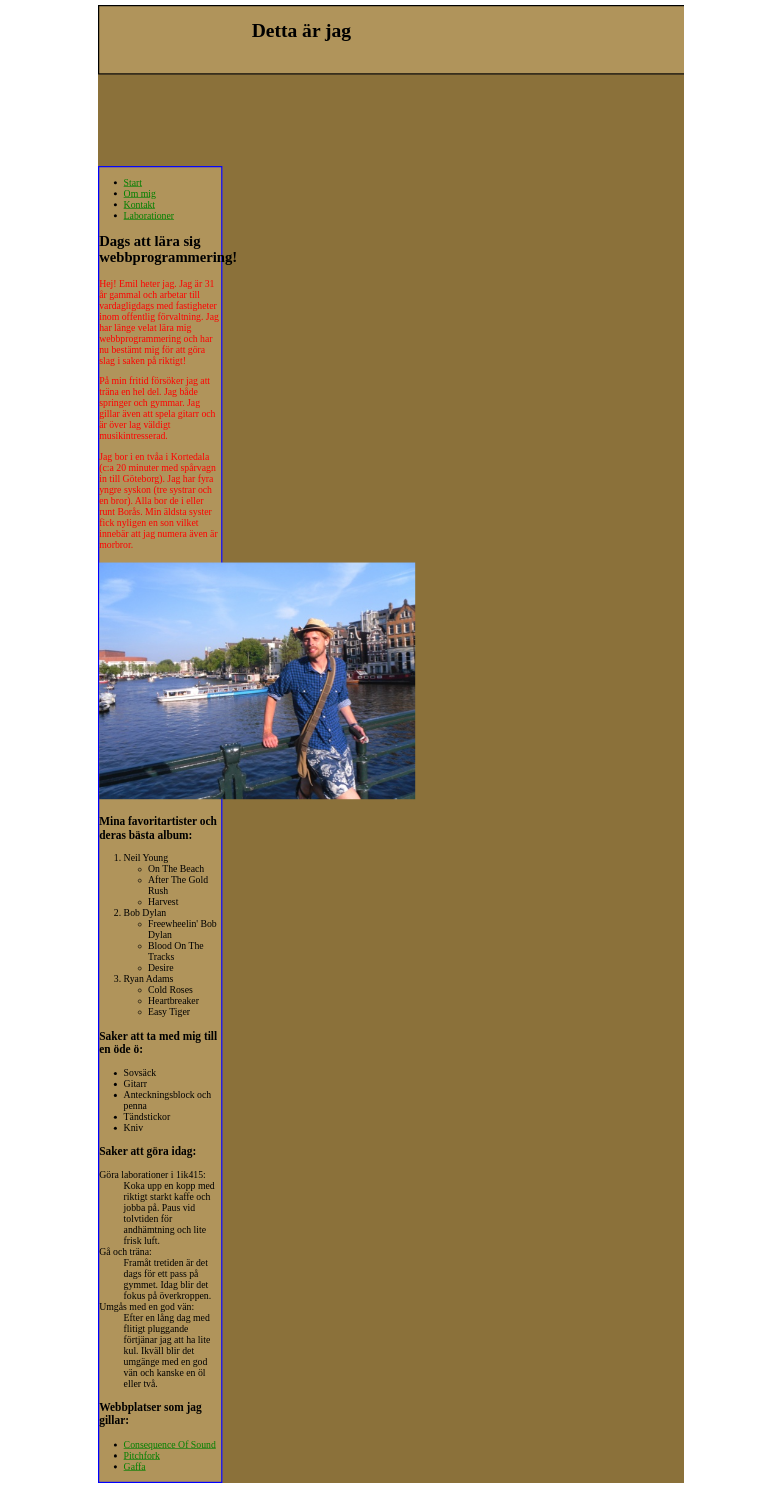
Repository: ea222vk/1ik415-laborationer
Page: Pages/presentation.html
The author's editor kept a record of every edit. The page is drawn from the files as they stood at one moment, then again after the next edit.
The browser window is 1280 px wide. The pictures show the whole page, at 61% of full size.

Above is the page before.

### Pages/presentation.html
<!DOCTYPE html>
<html lang="sv">
    <head>
    <meta charset="utf-8" />
        <title>En presentation av mig</title>
        <link rel="stylesheet" href="../css/style.css" />

</head>
    <body>
             <div id="container">

             <div id="header">
              <h1>Detta är jag</h1>
             </div>

             <div id="navigation">

             <ul>
                  <li><a href="../index.html">Start</a></li>
                  <li><a href="presentation.html">Om mig</a></li>
                  <li><a href="kontakt.html">Kontakt</a></li>
                  <li><a href="laborationer.html">Laborationer</a></li>
            </ul>



    <h2>Dags att lära sig webbprogrammering!</h2>

    <p>Hej! Emil heter jag. Jag är 31 år gammal
    och arbetar till vardagligdags med fastigheter inom offentlig förvaltning. Jag
        har länge velat lära mig webbprogrammering
        och har nu bestämt mig för att göra slag i saken på riktigt!
    </p>
    <p>På min fritid försöker jag att träna en hel del. Jag både
    springer och gymmar. Jag gillar även att spela gitarr och är
    över lag väldigt musikintresserad.
    </p>
    <p>Jag bor i en tvåa i Kortedala (c:a 20 minuter med spårvagn in till Göteborg). Jag har fyra yngre syskon (tre systrar
    och en bror). Alla bor de i eller runt Borås. Min äldsta syster fick nyligen en son vilket innebär att jag numera även är
    morbror.
    </p>

    <h2 id="picofme"><img src="../Pics/jag1.jpg" alt="På semester i Amsterdam"></h2>


    <!-- nu kommenterar jag lite -->

    <h3>Mina favoritartister och deras bästa album:</h3>
    <ol><li>Neil Young<ul>
    <li>On The Beach</li>
    <li>After The Gold Rush</li>
    <li>Harvest</li>
    </ul></li>
    <li>Bob Dylan<ul>
    <li>Freewheelin' Bob Dylan</li>
    <li>Blood On The Tracks</li>
    <li>Desire</li>
    </ul></li>
    <li>Ryan Adams<ul>
    <li>Cold Roses</li>
    <li>Heartbreaker</li>
    <li>Easy Tiger</li>
    </ul></li></ol>

    <h3>Saker att ta med mig till en öde ö:</h3>
    <ul><li>Sovsäck</li>
    <li>Gitarr</li>
    <li>Anteckningsblock och penna</li>
    <li>Tändstickor</li>
    <li>Kniv</li>
    </ul>

    <h3>Saker att göra idag:</h3>
    <dl><dt>Göra laborationer i 1ik415:</dt>
    <dd>Koka upp en kopp med riktigt starkt kaffe och jobba på. Paus
        vid tolvtiden för andhämtning och lite frisk luft.
    </dd>
    <dt>Gå och träna:</dt>
    <dd>Framåt tretiden är det dags för ett pass på gymmet. Idag
        blir det fokus på överkroppen.
    </dd>
    <dt>Umgås med en god vän:</dt>
    <dd>Efter en lång dag med flitigt pluggande förtjänar jag att ha lite kul. Ikväll
    blir det umgänge med en god vän och kanske en öl eller två.
    </dd>
    </dl>

    <h3>Webbplatser som jag gillar:</h3>
     <ul>
                  <li><a target="_blank" href="http://consequenceofsound.net">Consequence Of Sound</a></li>
                  <li><a target="_blank" href="http://www.pitchfork.com">Pitchfork</a></li>
                  <li><a target="_blank" href="http://www.gaffa.se">Gaffa</a></li>
            </ul>

        </div>
    </body>

</html>

### css/style.css
p { color: #FF0000;
    }

a:link { color: green; }
a:visited { color: black; }
a:focus { color: black; }
a:hover { color: red; }
a:active { color: black;}


 #header {
     width: 955px;
     height: 100px;
     border: 2px solid black;
     background-color: #B0945B;
     padding-left: 250px;
     padding-bottom: 10px;
 }


 #navigation {
     border: 2px solid blue;
     width:200px;
     float: left;
     margin-top: 150px;
     background-color: #B0945B;

 }

 #content {
    background-color: #D8C08E;
    margin-left: 204px;
    width: 600px;
    border: 2px solid black;
    padding-left: 10px;
    padding-bottom: 8px;

}


 #container {
    background:#8B713A;
    overflow: auto;
    max-width: 960px;
    margin: 0 auto;

 }

  #footer {
    background:#CCC;
    border: 2px solid blue;
    background-color: green;
    padding-left: 250px;

  }

After the next edit:
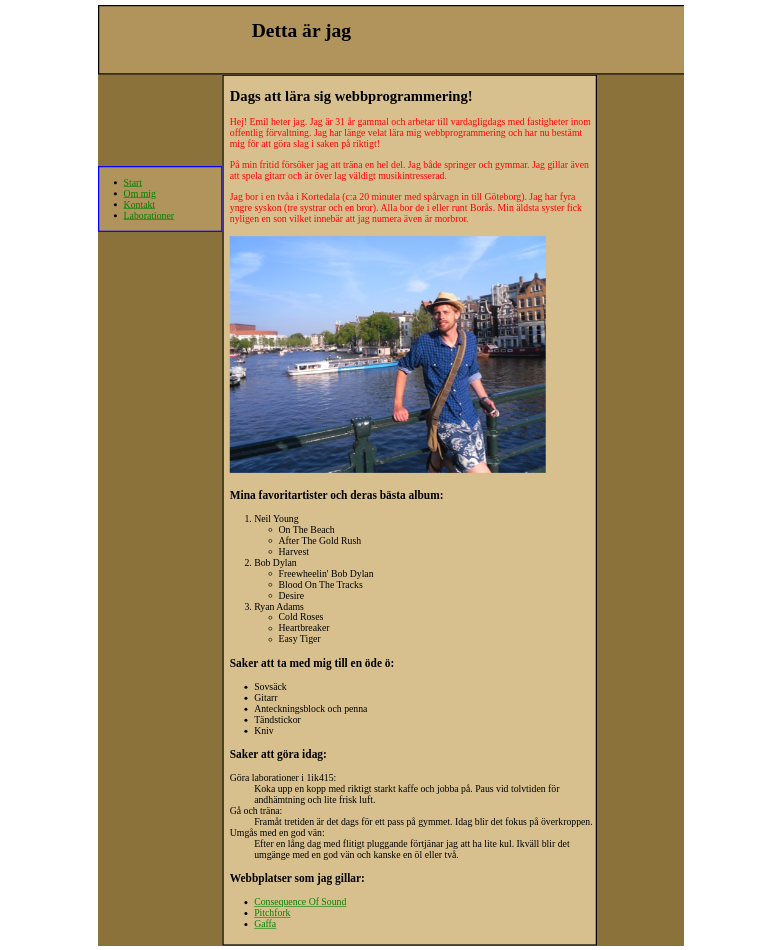
The edit:
--- a/Pages/presentation.html
+++ b/Pages/presentation.html
@@ -22,7 +22,9 @@
                   <li><a href="laborationer.html">Laborationer</a></li>
             </ul>
 
+            </div>
 
+            <div id="content">
 
     <h2>Dags att lära sig webbprogrammering!</h2>
 
